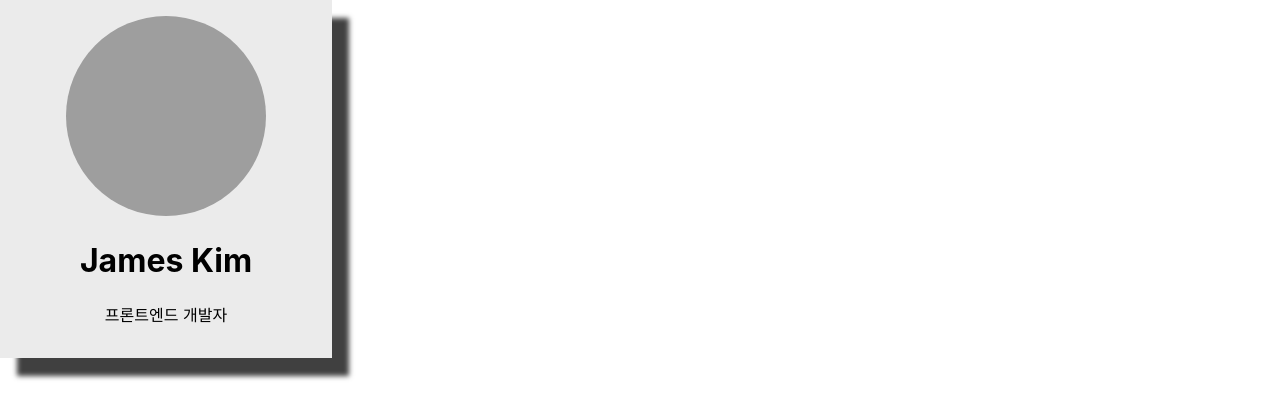
Repository: Yugayoung/css-example
Page: / (app in react/basic/)
These files come from the project's save history. The page is drawn as it stood at one moment and after the next save; the edit follows.
The browser window is 1280 px wide. The pictures show the whole page.
Pictures or frames that could not be fetched are drawn as grey boxes. The project was rebuilt for these pictures with package versions that can differ from the ones it lists, and the page was loaded fresh each time.

Above is the page before, as saved 2023-12-19 11:31:58.

### react/basic/src/index.js
import React from 'react';
import ReactDOM from 'react-dom/client';
import './index.css';
import reportWebVitals from './reportWebVitals';
import AppProfile from './AppProfile';

const root = ReactDOM.createRoot(document.getElementById('root'));
root.render(
  <React.StrictMode>
    <AppProfile />
  </React.StrictMode>
);

// If you want to start measuring performance in your app, pass a function
// to log results (for example: reportWebVitals(console.log))
// or send to an analytics endpoint. Learn more: https://bit.ly/CRA-vitals
reportWebVitals();

### react/basic/src/AppProfile.jsx
import React from 'react';
import Profile from './components/Profile';
import './App.css';

export default function AppProfile() {
  return (
    <>
      <Profile />
    </>
  );
}

### react/basic/src/components/Profile.jsx
import React from 'react';

export default function Profile() {
  return (
    <div className='profile'>
      <img
        className='photo'
        src='https://search.pstatic.net/common/?src=http%3A%2F%2Fblogfiles.naver.net%2FMjAyMzEwMTFfMzkg%2FMDAxNjk2OTg5MDQxOTM0.bm48w1EbJZJxouxDTLgUbZoIvKCiryVpZx7M-ZRViWYg.t5SgwAPVbcjEcNd28Pa1p-JocilCrYOLPF4DUBhXoa8g.PNG.lxeris7%2F20231006%25A3%25DF150334%25A3%25DF0001.png&type=ff332_332'
        alt='avatar'
      />
      <h1>James Kim</h1>
      <p>프론트엔드 개발자</p>
    </div>
  );
}

### react/basic/src/App.css
.orange {
  color: orange;
}

.profile {
  width: 300px;
  text-align: center;
  padding: 1rem;
  background-color: #ebebeb;
  box-shadow: 17px 18px 5px 0px rgba(0, 0, 0, 0.75);
  -webkit-box-shadow: 17px 18px 5px 0px rgba(0, 0, 0, 0.75);
  -moz-box-shadow: 17px 18px 5px 0px rgba(0, 0, 0, 0.75);
}

.photo {
  width: 200px;
  height: 200px;
  border-radius: 100%;
}

Loaded but not shown: react/basic/public/index.html (common file); react/basic/src/index.css (common file); react/basic/src/reportWebVitals.js (common file)

After the next save:
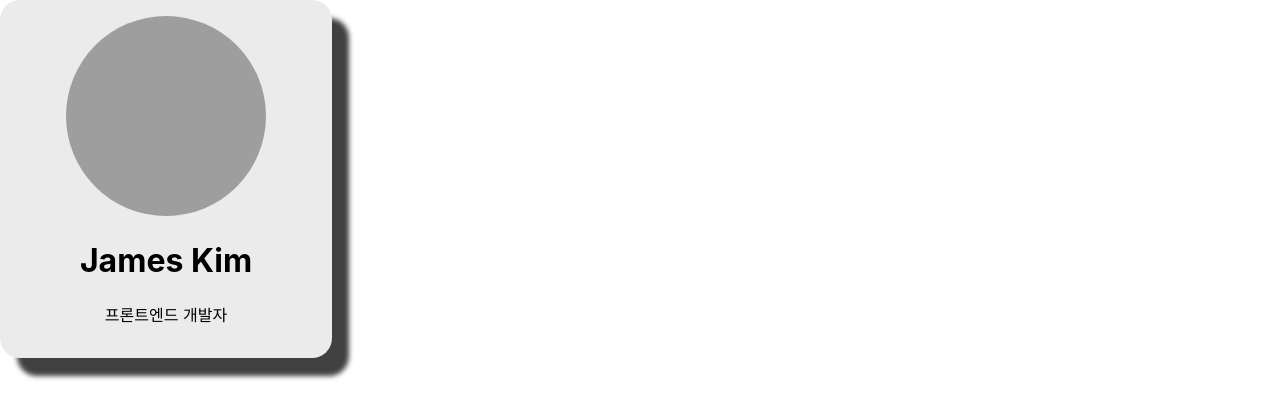
Saved 29 s later.
--- a/react/basic/src/App.css
+++ b/react/basic/src/App.css
@@ -7,6 +7,7 @@
   text-align: center;
   padding: 1rem;
   background-color: #ebebeb;
+  border-radius: 20px;
   box-shadow: 17px 18px 5px 0px rgba(0, 0, 0, 0.75);
   -webkit-box-shadow: 17px 18px 5px 0px rgba(0, 0, 0, 0.75);
   -moz-box-shadow: 17px 18px 5px 0px rgba(0, 0, 0, 0.75);
